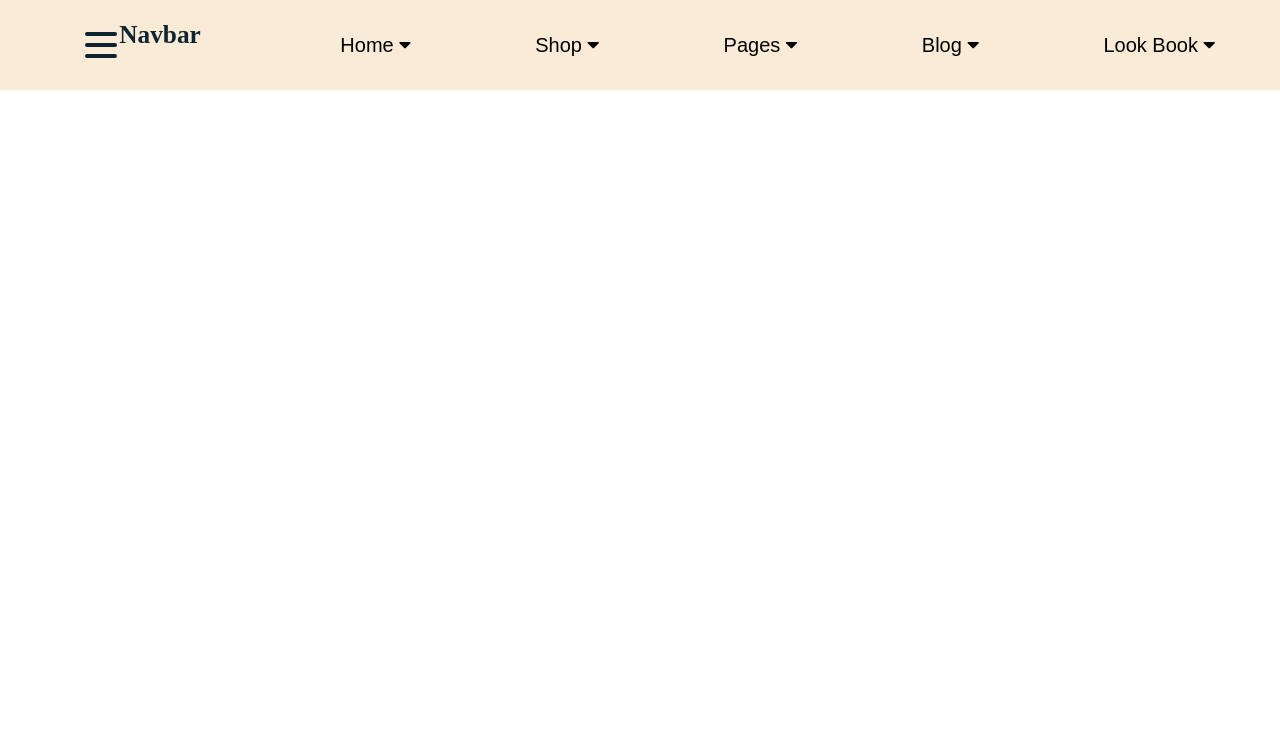
Repository: MorgunovaAlexandra/beauti
Page: index.html
An editor plug-in stored every save of this project. The page is shown before and after a run of saves, followed by the edit.
The browser window is 1280 px wide. The pictures show the whole page.

Above is the page before, as saved 2022-08-24 13:58:12.

After the next 2 saves:
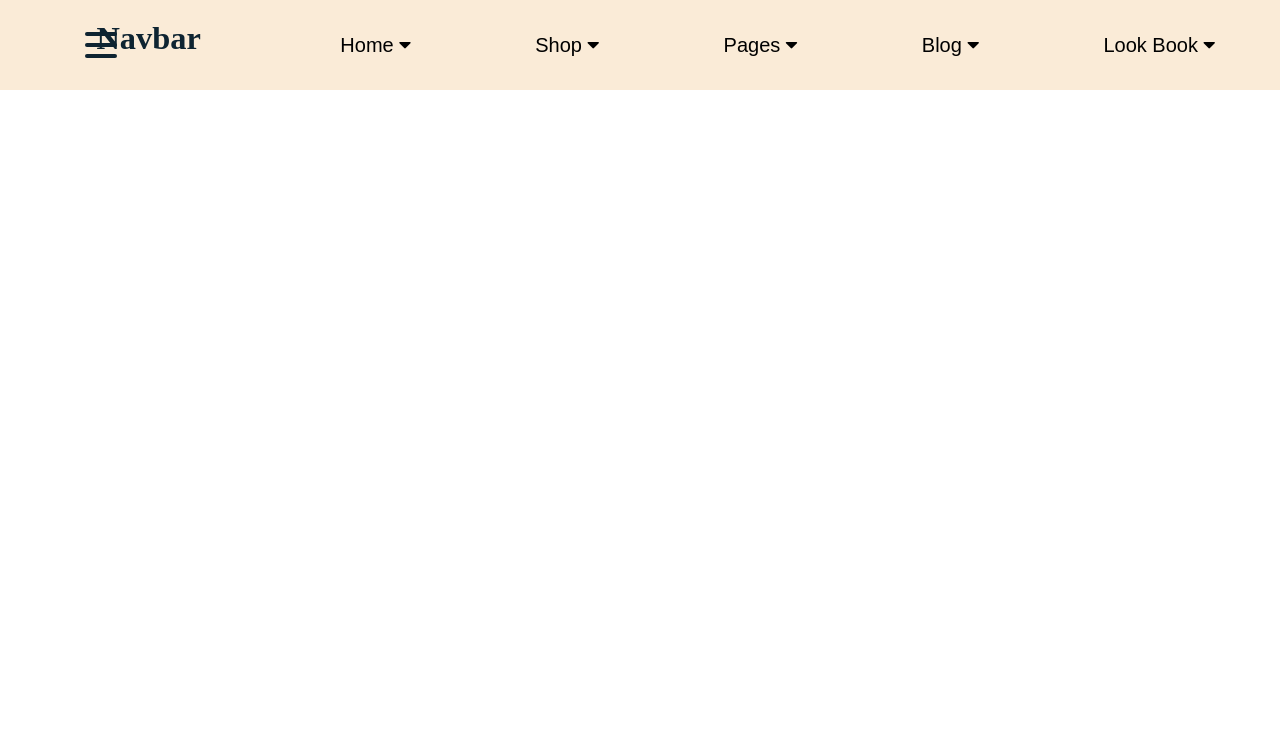
The 2 saves are shown as one change because they came seconds apart.
The last was saved 46 s later.
--- a/index.html
+++ b/index.html
@@ -13,7 +13,7 @@
         <header class="header">
             <div class="header-container _container">
             <nav class="header-nav">
-                <nav>
+
                     <div class="navbar">
                       <div class="container nav-container">
                           <input class="checkbox" type="checkbox" name="" id="" />
@@ -34,7 +34,7 @@
                         </div>
                       </div>
                     </div>
-                  </nav>
+
                 <div class="dropdown">
                     <button class="dropbtn">Home
                       <i class="fa fa-caret-down faa"></i>
